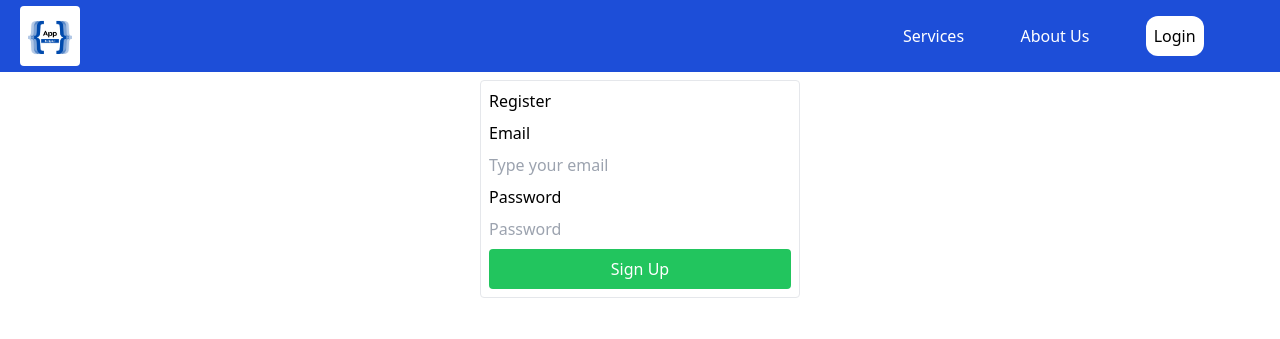
Repository: Cotizacionact/appscriptersvelte
Page: /Auth
The author's editor kept a copy of each file at every save. The page is drawn from the files as they stood at one save, then again after the next save.
The browser window is 1280 px wide. The pictures show the whole page.
The page's requests for data from a server got no answer. The project was rebuilt for these pictures with package versions that can differ from the ones it lists, and the page was loaded fresh each time. The framework's server and built-in components were replaced by stand-ins that run in the browser. No one was signed in, and anything a server would have sent is missing. Also part of the build but not shown: svelte.config.js, vite.config.ts.

Above is the page before, as saved 2023-08-20 02:15:08.

After the next save:
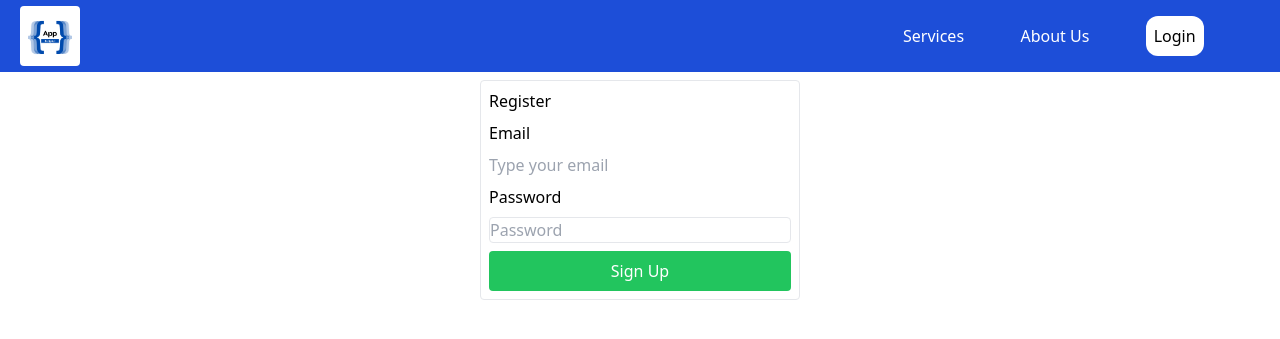
Saved 14 s later.
--- a/src/routes/Auth/register.svelte
+++ b/src/routes/Auth/register.svelte
@@ -8,7 +8,7 @@
         <label for="email">Email</label>
         <input type="text" name="email" id="email" placeholder="Type your email"/>
         <label for="password">Password</label>
-        <input type="password" name="password" id="password" placeholder="Password"/>
+        <input class="rounded border" type="password" name="password" id="password" placeholder="Password"/>
         <button class="bg-green-500 text-white p-2 rounded hover:bg-green-700 active:bg-green-900">Sign Up</button>
     </form>
 </main>
